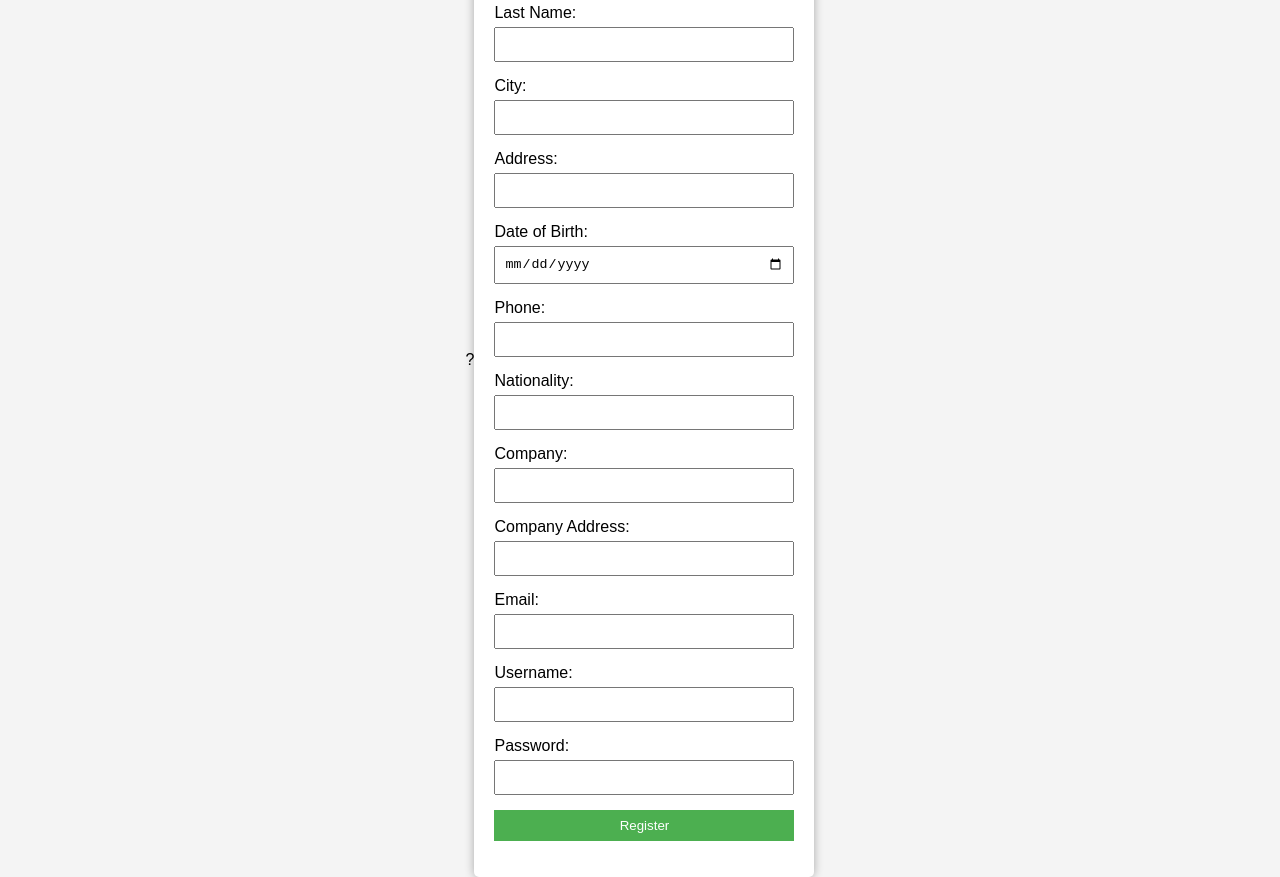
Repository: ITpatrick1/Accommodation-System
Page: http://localhost/register_guest.php
An editor plug-in stored every save of this project. The page is shown before and after a run of saves, followed by the edit.
The browser window is 1280 px wide. The pictures show the whole page.
The page is run by PHP 8.4 with error messages shown; the project is at /var/www/html/.

Above is the page before, as saved 2024-08-19 10:35:37.

After the next 2 saves:
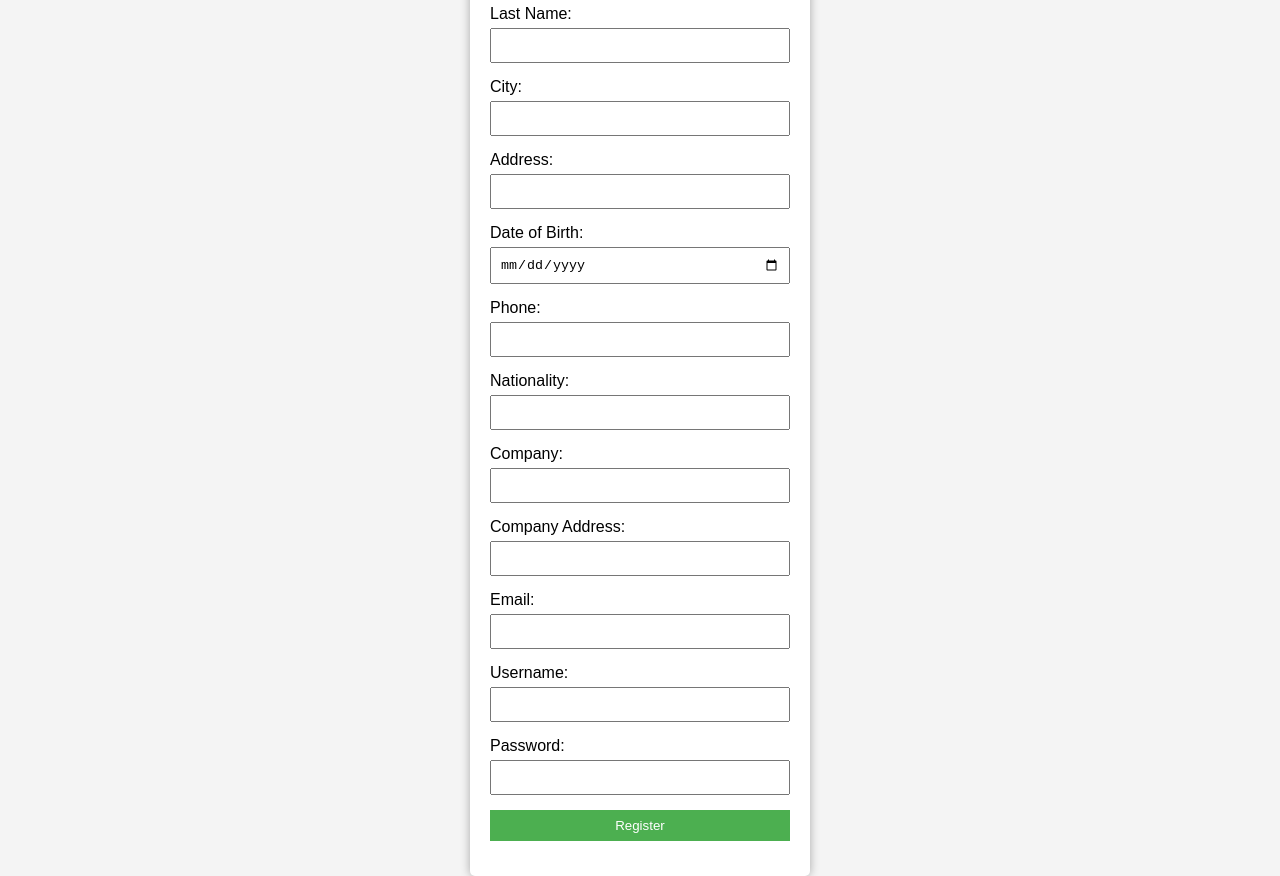
The 2 saves are shown as one change because they came seconds apart.
The last was saved 7 s later.
--- a/register_guest.php
+++ b/register_guest.php
@@ -1,4 +1,12 @@
-?
+<?php
+
+
+
+
+
+
+
+?>
 
 <!DOCTYPE html>
 <html lang="en">
